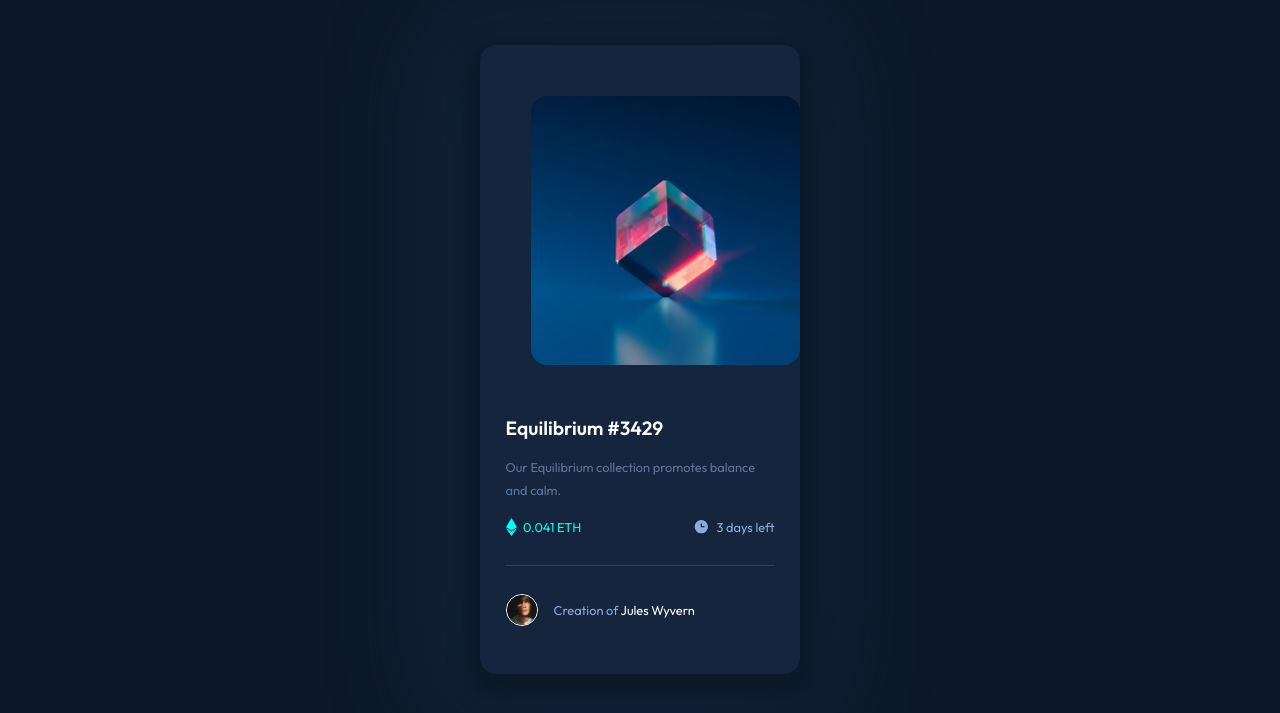
Repository: thaibaocoder1/nft-preview-card-component
Page: index.html
An editor plug-in stored every save of this project. The page is shown before and after the next save, followed by the edit.
The browser window is 1280 px wide. The pictures show the whole page.

Above is the page before, as saved 2023-01-06 20:18:33.

### index.html
<!DOCTYPE html>
<html lang="en">
<head>
  <meta charset="UTF-8">
  <meta name="viewport" content="width=device-width, initial-scale=1.0">
  <link rel="icon" type="image/png" sizes="32x32" href="./images/favicon-32x32.png">
  <title>Frontend Mentor | NFT preview card component</title>
  <link rel="stylesheet" href="./images/favicon-32x32.png">
  <link rel="stylesheet" href="./style.css">
  <style>
    .attribution { font-size: 11px; text-align: center; }
    .attribution a { color: hsl(228, 45%, 44%); }
  </style>
</head>
<body>
  <main class="container">
      <div class="modal">
        <img src="./images/image-equilibrium.jpg" alt="Image" class="container-img">
        <div class="overlay">
          <a href="#" class="icon" title="hover">
                <img src="./images/icon-view.svg" alt="">
            </a>
        </div>
      </div>
    <div class="container-content">
      <h2 class="container-heading">Equilibrium #3429</h2>
      <p class="container-desc">Our Equilibrium collection promotes balance and calm.</p>
      <section class="container-date">
        <div class="container-date-right">
          <img src="./images/icon-ethereum.svg" alt="" class="container-date--image">
          <span class="container-date--text">
            0.041 ETH
          </span>
        </div>
        <div class="container-date-left">
          <img src="./images/icon-clock.svg" alt="" class="container-date--image">
          <span class="container-date--text">
            3 days left
          </span>
        </div>
      </section>
      <hr id="mark">
      <div class="container-footer">
        <img src="./images/image-avatar.png" alt="" class="container-date--image">
        <small class="container-date--footer">
          Creation of
          <span id="text-marker">Jules Wyvern</span>
        </small>
        </div>
      </div>
    </main>


  <!-- <div class="attribution">
    Challenge by <a href="https://www.frontendmentor.io?ref=challenge" target="_blank">Frontend Mentor</a>.
    Coded by <a href="#">baoDev</a>.
  </div> -->
</body>
</html>
<!-- Equilibrium #3429

Our Equilibrium collection promotes balance and calm.

0.041 ETH
3 days left

Creation of Jules Wyvern -->

### style.css
@import url('https://fonts.googleapis.com/css2?family=Outfit:wght@300;400;600&display=swap');
* {
    margin: 0;
    padding: 0;
    box-sizing: border-box;
}
body {
    text-rendering: optimizeLegibility;
    scroll-behavior: smooth;
    font-family: 'Outfit', sans-serif;
    display: flex;
    align-items: center;
    justify-content: center;
    min-height: calc(100vh - 1px);
    background-color: var(--very-dark-blue-main);
    font-size: 62.5%;
}
:root {
    --soft-blue: hsl(215, 51%, 70%);
    --cyan-color: hsl(178, 100%, 50%);
    --very-dark-blue-main: hsl(217, 54%, 11%);
    --very-dark-blue-card: hsl(216, 50%, 16%);
    --very-dark-blue-line: hsl(215, 32%, 27%);
    --white-color: hsl(0, 0%, 100%);
}
.container {
    width: 320px;
    background-color: var(--very-dark-blue-card);
    text-align: center;
    border-radius: 1rem;
    box-shadow: 0rem 10px 1rem 15px var(--very-dark-blue-main),
    -10px 12px 6rem 2rem var(--very-dark-blue-card);
}
.container .modal {
    width: 20rem;
    height: 20rem;
    cursor: pointer;
    padding: 1.6rem;
    margin: 1.6rem;
    position: relative;
    overflow: hidden;
}
.container .modal .overlay {
    position: absolute;
    overflow: hidden;
    top: 0;
    bottom: 0;
    left: 0;
    right: 0;
    height: 100%;
    width: 100%;
    opacity: 0;
    transition: all 0.2s ease-in-out;
    background-color: var(--cyan-color);
    border-radius: 1rem;
}
.container .modal:hover .overlay {
    opacity: 0.6;
}
.container .modal .overlay .icon {
    color: var(--white-color);
    font-size: 2rem;
    position: absolute;
    top: 50%;
    left: 50%;
    transform: translate(-50%, -50%);
    -ms-transform: translate(-50%, -50%);
    text-align: center;
}
.container .container-img {
    max-width: 100%;
    height: auto;
    border-radius: 1rem;
    object-fit: cover;
    display: block;
}
.container .container-content {
    padding: 0 1.6rem 3rem 1.6rem;
    text-align: left;
}
.container .container-content .container-heading {
    color: var(--white-color);
    font-size: 1.2rem;
    padding-bottom: 1rem;
    transition: color 0.25s linear;
}
.container .container-content .container-desc {
    color: var(--soft-blue);
    font-size: 0.8rem;
    font-weight: 400;
    opacity: 0.6;
    line-height: 1.8;
}
.container .container-date {
    display: flex;
    align-items: center;
    padding: 1rem 0 1.8rem;
}
.container-date .container-date-right, .container .container-date-left {
    display: flex;
    align-items: center;
    justify-content: center;
}
.container .container-date .container-date-left {
    margin-left: auto;
}
.container .container-date--text {
    color: var(--cyan-color);
    font-size: 0.8rem;
    line-height: 1rem;
    text-align: center;
    margin-left: 0.4rem;
}
.container .container-date-left .container-date--text {
    color: var(--soft-blue);
}
#mark {
    border: none;
    width: 100%;
    height: 1px;
    background-color: var(--very-dark-blue-line);
}
.container .container-footer {
    padding-top: 1.8rem;
    display: flex;
    align-items: center;
}
.container .container-footer .container-date--image {
    width: 2rem;
    height: 2rem;
    border-radius: 50%;
    border: 1px solid var(--white-color);
}
.container .container-footer .container-date--footer {
    margin-left: 1rem;
    font-size: 0.8rem;
    color: var(--soft-blue);
}
.container .container-footer #text-marker {
    color: #fff;
    transition: color 0.25s linear;
}

/* Hover */
.container .container-content .container-heading:hover {
    color: var(--cyan-color);
    cursor: pointer;
}
.container .container-footer #text-marker:hover {
    color: var(--cyan-color);
    cursor: pointer;
}

/* Responsive */
@media screen and (max-width: 375px) {
    .container {
        width: calc(100% - 2rem);
    }
}

After the next save:
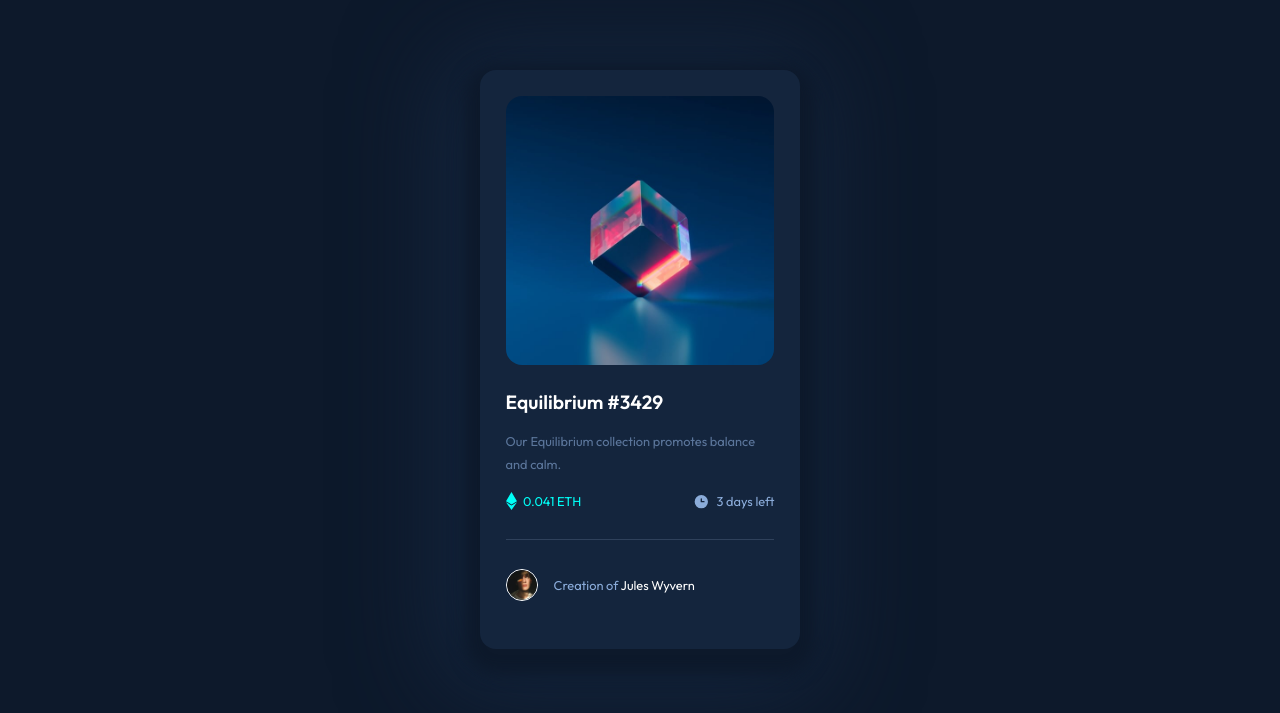
Saved 14 s later.
--- a/style.css
+++ b/style.css
@@ -36,7 +36,6 @@ body {
     height: 20rem;
     cursor: pointer;
     padding: 1.6rem;
-    margin: 1.6rem;
     position: relative;
     overflow: hidden;
 }
